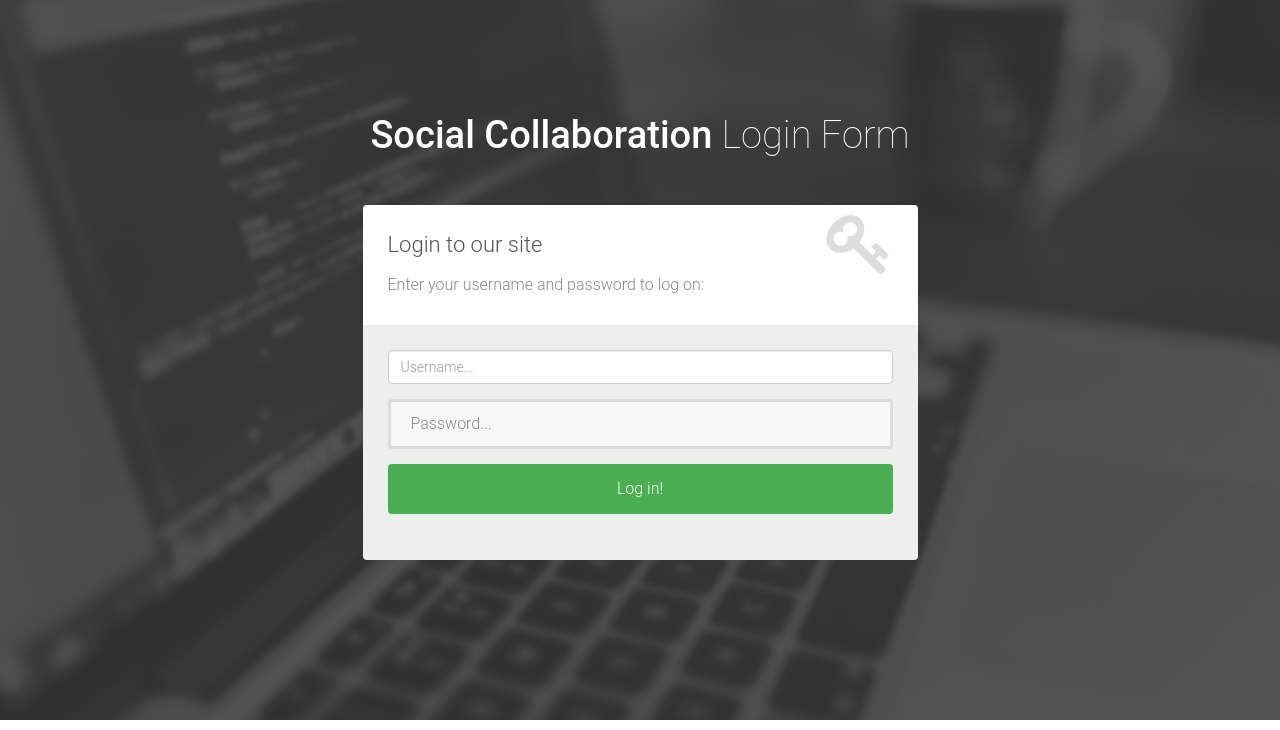
Repository: Abhi2097/Collab
Page: Final Commit of Project 2/Project 2/Frontend_Collab/WebContent/views/login.html
These files come from the project's save history. The page is drawn as it stood at one moment and after the next save; the edit follows.
The browser window is 1280 px wide. The pictures show the whole page.

Above is the page before, as saved 2018-11-25 07:53:30.

### Final Commit of Project 2/Project 2/Frontend_Collab/WebContent/views/login.html
<html lang="en">

    <head>
   <title>Login Form</title>

        <link rel="stylesheet" href="assets/bootstrap/css/bootstrap.min.css">
        <link rel="stylesheet" href="assets/font-awesome/css/font-awesome.min.css">
		<link rel="stylesheet" href="assets/css/form-elements.css">
        <link rel="stylesheet" href="assets/css/style.css">
    </head>

    <body>

        <!-- Top content -->
        <div class="top-content">

            <div class="inner-bg">
                <div class="container">
                    <div class="row">
                        <div class="col-sm-8 col-sm-offset-2 text">
                            <h1><strong>Social Collaboration</strong> Login Form</h1>

                        </div>
                    </div>
                    <div class="row">
                        <div class="col-sm-6 col-sm-offset-3 form-box">
                        	<div class="form-top">
                        		<div class="form-top-left">
                        			<h3>Login to our site</h3>
                            		<p>Enter your username and password to log on:</p>
                        		</div>
                        		<div class="form-top-right">
                        			<i class="fa fa-key"></i>
                        		</div>
                            </div>
                            <div class="form-bottom">
			                    <form role="form" action="" method="post" class="login-form">
			                    	<div class="form-group">
			                    		<label class="sr-only" for="form-username">Username</label>
			                        	<input type="email" name="form-username" placeholder="Username..." class="form-username form-control" id="form-username" ng-model="user.email">
			                        </div>
			                        <div class="form-group">
			                        	<label class="sr-only" for="form-password">Password</label>
			                        	<input type="password" name="form-password" placeholder="Password..." class="form-password form-control" id="form-password" ng-model="user.password">
			                        </div>
			                        <button ng-click="login(user)" class="btn">Log in!</button>
			                    </form>
		                    </div>
                        </div>
                    </div>
					        <!-- Javascript -->
        <script src="assets/js/jquery-1.11.1.min.js"></script>
        <script src="assets/bootstrap/js/bootstrap.min.js"></script>
        <script src="assets/js/jquery.backstretch.min.js"></script>
        <script src="assets/js/scripts.js"></script>

        <!--[if lt IE 10]>
            <script src="assets/js/placeholder.js"></script>
        <![endif]-->

    </body>

</html>

### Final Commit of Project 2/Project 2/Frontend_Collab/WebContent/assets/css/style.css

body {
    font-family: 'Roboto', sans-serif;
    font-size: 16px;
    font-weight: 300;
    color: #888;
    line-height: 30px;
    text-align: center;
}

strong { font-weight: 500; }

a, a:hover, a:focus {
	color: #4aaf51;
	text-decoration: none;
    -o-transition: all .3s; -moz-transition: all .3s; -webkit-transition: all .3s; -ms-transition: all .3s; transition: all .3s;
}

h1, h2 {
	margin-top: 10px;
	font-size: 38px;
    font-weight: 100;
    color: #555;
    line-height: 50px;
}

h3 {
	font-size: 22px;
    font-weight: 300;
    color: #555;
    line-height: 30px;
}

img { max-width: 100%; }

::-moz-selection { background: #4aaf51; color: #fff; text-shadow: none; }
::selection { background: #4aaf51; color: #fff; text-shadow: none; }


.btn-link-1 {
	display: inline-block;
	height: 50px;
	margin: 5px;
	padding: 16px 20px 0 20px;
	background: #4aaf51;
	font-size: 16px;
    font-weight: 300;
    line-height: 16px;
    color: #fff;
    -moz-border-radius: 4px; -webkit-border-radius: 4px; border-radius: 4px;
}
.btn-link-1:hover, .btn-link-1:focus, .btn-link-1:active { outline: 0; opacity: 0.6; color: #fff; }

.btn-link-1.btn-link-1-facebook { background: #4862a3; }
.btn-link-1.btn-link-1-twitter { background: #55acee; }
.btn-link-1.btn-link-1-google-plus { background: #dd4b39; }

.btn-link-1 i {
	padding-right: 5px;
	vertical-align: middle;
	font-size: 20px;
	line-height: 20px;
}

.btn-link-2 {
	display: inline-block;
	height: 50px;
	margin: 5px;
	padding: 15px 20px 0 20px;
	background: rgba(0, 0, 0, 0.3);
	border: 1px solid #fff;
	font-size: 16px;
    font-weight: 300;
    line-height: 16px;
    color: #fff;
    -moz-border-radius: 4px; -webkit-border-radius: 4px; border-radius: 4px;
}
.btn-link-2:hover, .btn-link-2:focus,
.btn-link-2:active, .btn-link-2:active:focus { outline: 0; opacity: 0.6; background: rgba(0, 0, 0, 0.3); color: #fff; }


/***** Top content *****/

.inner-bg {
    padding: 100px 0 170px 0;
}

.top-content .text {
	color: #fff;
}

.top-content .text h1 { color: #fff; }

.top-content .description {
	margin: 20px 0 10px 0;
}

.top-content .description p { opacity: 0.8; }

.top-content .description a {
	color: #fff;
}
.top-content .description a:hover,
.top-content .description a:focus { border-bottom: 1px dotted #fff; }

.form-box {
	margin-top: 35px;
}

.form-top {
	overflow: hidden;
	padding: 0 25px 15px 25px;
	background: #fff;
	-moz-border-radius: 4px 4px 0 0; -webkit-border-radius: 4px 4px 0 0; border-radius: 4px 4px 0 0;
	text-align: left;
}

.form-top-left {
	float: left;
	width: 75%;
	padding-top: 25px;
}

.form-top-left h3 { margin-top: 0; }

.form-top-right {
	float: left;
	width: 25%;
	padding-top: 5px;
	font-size: 66px;
	color: #ddd;
	line-height: 100px;
	text-align: right;
}

.form-bottom {
	padding: 25px 25px 30px 25px;
	background: #eee;
	-moz-border-radius: 0 0 4px 4px; -webkit-border-radius: 0 0 4px 4px; border-radius: 0 0 4px 4px;
	text-align: left;
}

.form-bottom form textarea {
	height: 100px;
}

.form-bottom form button.btn {
	width: 100%;
}

.form-bottom form .input-error {
	border-color: #4aaf51;
}

.social-login {
	margin-top: 35px;
}

.social-login h3 {
	color: #fff;
}

.social-login-buttons {
	margin-top: 25px;
}


/***** Media queries *****/

@media (min-width: 992px) and (max-width: 1199px) {}

@media (min-width: 768px) and (max-width: 991px) {}

@media (max-width: 767px) {

	.inner-bg { padding: 60px 0 110px 0; }

}

@media (max-width: 415px) {

	h1, h2 { font-size: 32px; }

}

### Final Commit of Project 2/Project 2/Frontend_Collab/WebContent/assets/js/scripts.js

jQuery(document).ready(function() {

    /*
        Fullscreen background
    */
    $.backstretch("assets/img/backgrounds/1.jpg");

    /*
        Form validation
    */
    $('.login-form input[type="text"], .login-form input[type="password"], .login-form textarea').on('focus', function() {
    	$(this).removeClass('input-error');
    });

    $('.login-form').on('submit', function(e) {

    	$(this).find('input[type="text"], input[type="password"], textarea').each(function(){
    		if( $(this).val() == "" ) {
    			e.preventDefault();
    			$(this).addClass('input-error');
    		}
    		else {
    			$(this).removeClass('input-error');
    		}
    	});

    });


});

Loaded but not shown: Final Commit of Project 2/Project 2/Frontend_Collab/WebContent/assets/bootstrap/css/bootstrap.min.css (library); Final Commit of Project 2/Project 2/Frontend_Collab/WebContent/assets/font-awesome/css/font-awesome.min.css (library); Final Commit of Project 2/Project 2/Frontend_Collab/WebContent/assets/css/form-elements.css (common file); Final Commit of Project 2/Project 2/Frontend_Collab/WebContent/assets/js/jquery-1.11.1.min.js (library); Final Commit of Project 2/Project 2/Frontend_Collab/WebContent/assets/bootstrap/js/bootstrap.min.js (library); Final Commit of Project 2/Project 2/Frontend_Collab/WebContent/assets/js/jquery.backstretch.min.js (library)

After the next save:
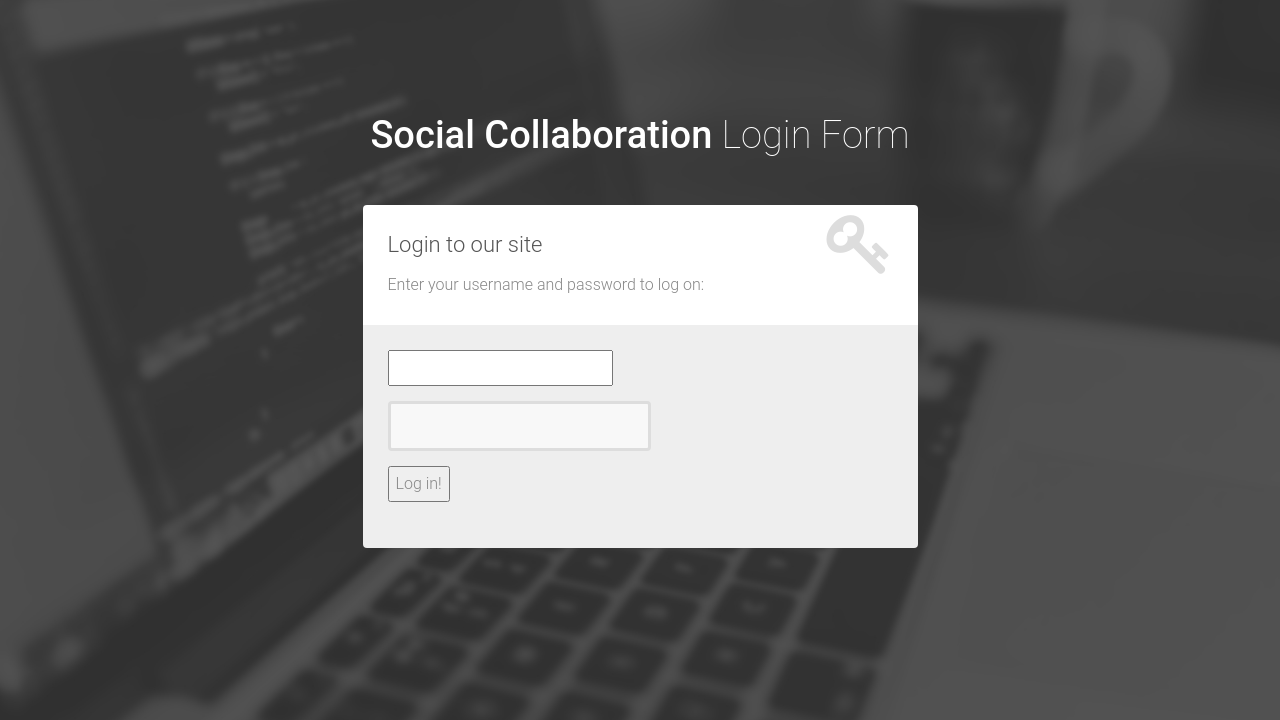
Saved 5 min 54 s later.
--- a/Final Commit of Project 2/Project 2/Frontend_Collab/WebContent/views/login.html
+++ b/Final Commit of Project 2/Project 2/Frontend_Collab/WebContent/views/login.html
@@ -37,13 +37,13 @@
 			                    <form role="form" action="" method="post" class="login-form">
 			                    	<div class="form-group">
 			                    		<label class="sr-only" for="form-username">Username</label>
-			                        	<input type="email" name="form-username" placeholder="Username..." class="form-username form-control" id="form-username" ng-model="user.email">
+			                        	<input type="email"  ng-model="user.email">
 			                        </div>
 			                        <div class="form-group">
 			                        	<label class="sr-only" for="form-password">Password</label>
-			                        	<input type="password" name="form-password" placeholder="Password..." class="form-password form-control" id="form-password" ng-model="user.password">
+			                        	<input type="password" name="form-password"   ng-model="user.password">
 			                        </div>
-			                        <button ng-click="login(user)" class="btn">Log in!</button>
+			                        <button ng-click="login(user)" class="btn-btn-info">Log in!</button>
 			                    </form>
 		                    </div>
                         </div>
